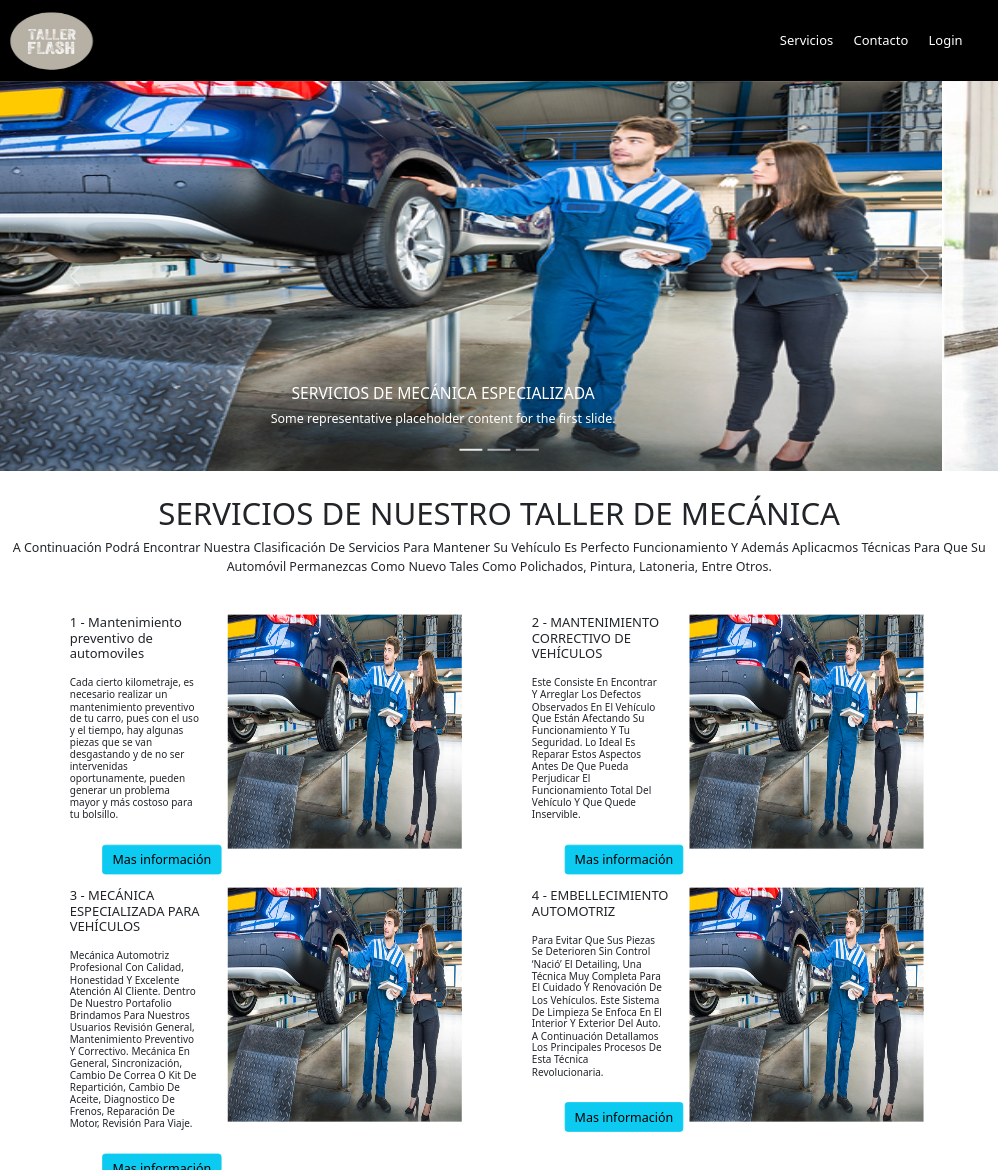
Repository: nder1996/Boostrap.Taller.Arquitectura
Page: Index.html
The author's editor kept a copy of each file at every save. The page is drawn from the files as they stood at one save, then again after the next save.
The browser window is 1280 px wide. The pictures show the whole page, at 78% of full size.

Above is the page before, as saved 2021-07-23 07:06:14.

### Index.html
<!DOCTYPE html>
<html lang="en">

<head>
	<meta charset="UTF-8">
	<meta name="viewport" content="width=device-width, initial-scale=1.0">
	<link rel="shortcut icon" href="img/Logo.png">
	<link href="https://cdn.jsdelivr.net/npm/bootstrap@5.0.2/dist/css/bootstrap.min.css" rel="stylesheet"
		integrity="sha384-EVSTQN3/azprG1Anm3QDgpJLIm9Nao0Yz1ztcQTwFspd3yD65VohhpuuCOmLASjC" crossorigin="anonymous">
	<link rel="stylesheet" href="https://cdnjs.cloudflare.com/ajax/libs/font-awesome/5.15.3/css/all.min.css"
		integrity="sha512-iBBXm8fW90+nuLcSKlbmrPcLa0OT92xO1BIsZ+ywDWZCvqsWgccV3gFoRBv0z+8dLJgyAHIhR35VZc2oM/gI1w=="
		crossorigin="anonymous" referrerpolicy="no-referrer" />
	<link rel="stylesheet" href="css/style.css">
	<title>Taller Automotriz</title>
</head>

<body>
	<div class="Pagina_Principal">
		<nav class="navbar navbar-expand-lg navbar-light">
			<div class="container-fluid">
				<a class="navbar-brand" href="#"><img src="img/Logo.png" alt="" style='width: 110px; height: 78px;'></a>
				<button class="navbar-toggler" type="button" data-bs-toggle="collapse" data-bs-target="#navbarNav"
					aria-controls="navbarNav" aria-expanded="false" aria-label="Toggle navigation">
					<span class="navbar-toggler-icon"></span>
				</button>
				<div class="collapse navbar-collapse" id="navbarNav">
					<ul class="navbar-nav ms-auto">
						<li class="nav-item">
							<a class="nav-link active" aria-current="page" href="#">Servicios</a>
						</li>
						<li class="nav-item">
							<a class="nav-link" href="#">Contacto</a>
						</li>
						<li class="nav-item">
							<a class="nav-link" href="#">Login</a>
						</li>
					</ul>
				</div>
			</div>
		</nav>
		<div id="carouselExampleCaptions" class="carousel slide" data-bs-ride="carousel">
			<div class="carousel-indicators">
				<button type="button" data-bs-target="#carouselExampleCaptions" data-bs-slide-to="0" class="active"
					aria-current="true" aria-label="Slide 1"></button>
				<button type="button" data-bs-target="#carouselExampleCaptions" data-bs-slide-to="1"
					aria-label="Slide 2"></button>
				<button type="button" data-bs-target="#carouselExampleCaptions" data-bs-slide-to="2"
					aria-label="Slide 3"></button>
			</div>
			<div class="carousel-inner">
				<div class="carousel-item active">
					<img src="img/Mantenimiento_1.jpg" class="d-block w-100" alt="...">
					<div class="carousel-caption d-none d-md-block">
						<h5>SERVICIOS DE MECÁNICA
							ESPECIALIZADA</h5>
						<p>Some representative placeholder content for the first slide.</p>
					</div>
				</div>
				<div class="carousel-item">
					<img src="img/Mantenimiento_3.png" class="d-block w-100" alt="...">
					<div class="carousel-caption d-none d-md-block">
						<h5>SERVICIOS DE MECÁNICA
							ESPECIALIZADA</h5>
						<p>Some representative placeholder content for the second slide.</p>
					</div>
				</div>
				<div class="carousel-item">
					<img src="img/Mantenimiento_2.png" class="d-block w-100" alt="...">
					<div class="carousel-caption d-none d-md-block">
						<h5>Third slide label</h5>
						<p>Some representative placeholder content for the third slide.</p>
					</div>
				</div>
			</div>
			<button class="carousel-control-prev" type="button" data-bs-target="#carouselExampleCaptions"
				data-bs-slide="prev">
				<span class="carousel-control-prev-icon" aria-hidden="true"></span>
				<span class="visually-hidden">Previous</span>
			</button>
			<button class="carousel-control-next" type="button" data-bs-target="#carouselExampleCaptions"
				data-bs-slide="next">
				<span class="carousel-control-next-icon" aria-hidden="true"></span>
				<span class="visually-hidden">Next</span>
			</button>
		</div>
		<div class="Letra_Servicios container-xxl">
			<h1>SERVICIOS DE NUESTRO TALLER DE MECÁNICA</h1>
			<p>
				A Continuación Podrá Encontrar Nuestra Clasificación De Servicios Para Mantener Su Vehículo Es Perfecto
				Funcionamiento Y Además Aplicacmos Técnicas Para Que Su Automóvil Permanezcas Como Nuevo Tales Como
				Polichados, Pintura, Latoneria, Entre Otros.

			</p>
		</div>

		<div class="Servicios container-fluid">

			<div class="Servicio" id="Servicio_1">
				<br> <br>
				<h1>1 - Mantenimiento preventivo de automoviles <br> <br>
					<p>
						Cada cierto kilometraje, es necesario realizar un mantenimiento preventivo de tu carro, pues con
						el uso
						y el tiempo, hay algunas piezas que se van desgastando y de no ser intervenidas oportunamente,
						pueden
						generar un problema mayor y más costoso para tu bolsillo.
						<br> <br> <br>
						<button type="button" class="btn btn-info">Mas información</button>
					</p>
				</h1>
				<br>
				<img src="img/Mantenimiento_1.jpg" alt="" width="300px" height="300px">
			</div>

			<div class="Servicio" id="Servicio_1">
				<br> <br>
				<h1>2 - MANTENIMIENTO CORRECTIVO DE VEHÍCULOS<br> <br>
					<p>
						Este Consiste En Encontrar Y Arreglar Los Defectos Observados En El Vehículo Que Están Afectando
						Su Funcionamiento Y Tu Seguridad. Lo Ideal Es Reparar Estos Aspectos Antes De Que Pueda
						Perjudicar El Funcionamiento Total Del Vehículo Y Que Quede Inservible.
						<br> <br> <br>
						<button type="button" class="btn btn-info">Mas información</button>
					</p>
				</h1>
				<br>
				<img src="img/Mantenimiento_1.jpg" alt="" width="300px" height="300px">
			</div>

			<div class="Servicio" id="Servicio_1">
				<br> <br>
				<h1>3 - MECÁNICA ESPECIALIZADA PARA VEHÍCULOS<br> <br>
					<p>
						Mecánica Automotriz Profesional Con Calidad, Honestidad Y Excelente Atención Al Cliente. Dentro
						De Nuestro Portafolio Brindamos Para Nuestros Usuarios Revisión General, Mantenimiento
						Preventivo Y Correctivo. Mecánica En General, Sincronización, Cambio De Correa O Kit De
						Repartición, Cambio De Aceite, Diagnostico De Frenos, Reparación De Motor, Revisión Para Viaje.
						<br> <br> <br>
						<button type="button" class="btn btn-info">Mas información</button>
					</p>
				</h1>
				<br>
				<img src="img/Mantenimiento_1.jpg" alt="" width="300px" height="300px">
			</div>
			<div class="Servicio" id="Servicio_1">
				<br> <br>
				<h1>4 - EMBELLECIMIENTO AUTOMOTRIZ<br> <br>
					<p>
						Para Evitar Que Sus Piezas Se Deterioren Sin Control ‘Nació’ El Detailing, Una Técnica Muy
						Completa Para El Cuidado Y Renovación De Los Vehículos. Este Sistema De Limpieza Se Enfoca En El
						Interior Y Exterior Del Auto. A Continuación Detallamos Los Principales Procesos De Esta Técnica
						Revolucionaria.
						<br> <br> <br>
						<button type="button" class="btn btn-info">Mas información</button>
					</p>
				</h1>
				<br>
				<img src="img/Mantenimiento_1.jpg" alt="" width="300px" height="300px">
			</div>
		</div>


	</div>

	<!--
		<div><img src="img/Mantenimiento_2.png" alt="" width="300px" height="300px"></div>
		<div><img src="img/Mantenimiento_3.png" alt="" width="300px" height="300px"></div>
		<div><img src="img/Mantenimiento_4.png" alt="" width="300px" height="300px"></div>
		-->











	<script src="https://cdn.jsdelivr.net/npm/bootstrap@5.0.2/dist/js/bootstrap.bundle.min.js"
		integrity="sha384-MrcW6ZMFYlzcLA8Nl+NtUVF0sA7MsXsP1UyJoMp4YLEuNSfAP+JcXn/tWtIaxVXM" crossorigin="anonymous">
	</script>
	<script src="https://cdnjs.cloudflare.com/ajax/libs/jquery/3.6.0/jquery.min.js"
		integrity="sha512-894YE6QWD5I59HgZOGReFYm4dnWc1Qt5NtvYSaNcOP+u1T9qYdvdihz0PPSiiqn/+/3e7Jo4EaG7TubfWGUrMQ=="
		crossorigin="anonymous" referrerpolicy="no-referrer"></script>
</body>

</html>

### css/style.css

.Pagina_Principal{
    position: relative;
    overflow: hidden;
    height: 1500px;
}


nav{
    background-color: black !important;
}

nav li{
    position:relative;
    margin-left: 10px;
    left:-10%;
}

nav li a{
    color:white !important;
    font-size: 1.3vw;
}

.carousel-inner{
    position:relative;
    width: 100%;
    height: 500px;
}

.carousel-item img{
    position:relative;
    width: 100%;
    height: 500px;
}

.Letra_Servicios{
    position: relative;
    text-align: center;
    margin-top: 30px;
    margin-bottom: 50px;
}

.Servicios{
    width: 100%;
    display: flex;
    flex-direction: row;
    flex-wrap: wrap;
}

.Servicios .Servicio{
    position:relative;
    width:40%;
    display: flex;
    height: 350px;
    margin-left: 90px;
    left:-1%;

}

.Servicios .Servicio button{
    position: relative;
    left:25%
}

.Servicios .Servicio img{
    position:relative;
    margin-left:10px;
}

.Servicios div h1{
    position:relative;
    text-align: left;
    font-size: 1.3vw;
    width: 60%;

}

.Servicios div p{
    position:relative;
    text-align: left;
    font-size: 1vw;
    width: 87%;
}

After the next save:
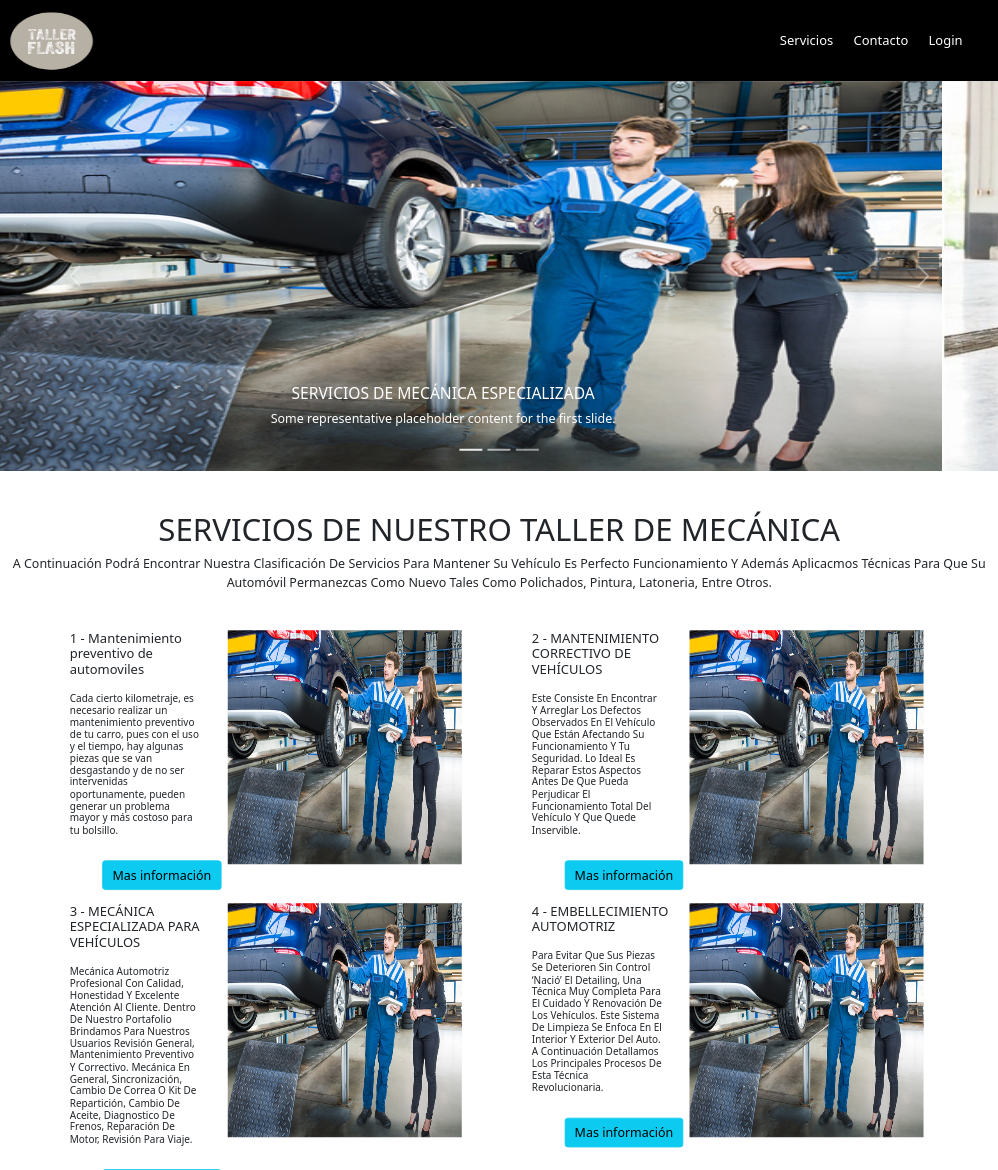
Saved 5 s later.
--- a/css/style.css
+++ b/css/style.css
@@ -36,7 +36,7 @@ nav li a{
 .Letra_Servicios{
     position: relative;
     text-align: center;
-    margin-top: 30px;
+    margin-top: 50px;
     margin-bottom: 50px;
 }
 
